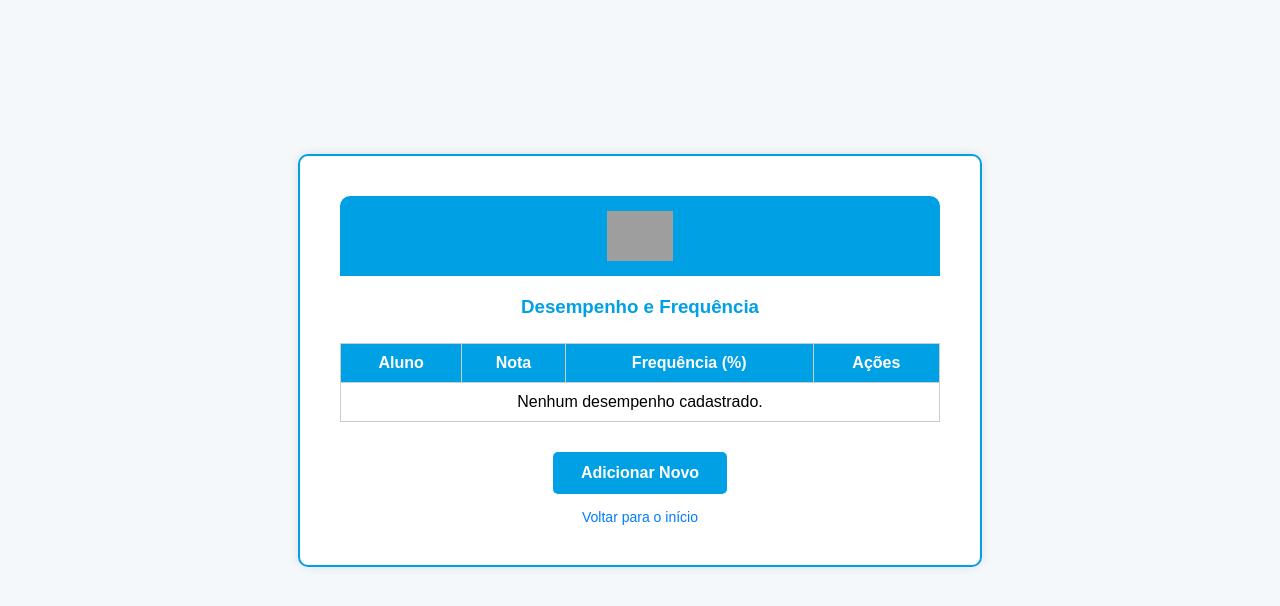
Repository: Guilherme-burle/Portal-do-Aluno-P2
Page: http://localhost/desempenho/
The author's editor kept a copy of each file at every save. The page is drawn from the files as they stood at one save, then again after a run of saves.
The browser window is 1280 px wide. The pictures show the whole page.
Pictures or frames that could not be fetched are drawn as grey boxes. The page is served by the project's application, run on Django 5.2 (PortaldoAluno/manage.py). A made-up administrator, testuser (Test User, test@example.com), is signed in. Other server files are loaded and not shown. Queries for data that is not in the repository find no rows.

Above is the page before, as saved 2025-05-19 17:30:59.

### PortaldoAluno/Aplicativo/templates/listD&F.html
<!DOCTYPE html>
<html lang="pt-br">
<head>
  <meta charset="UTF-8" />
  <title>Visualizar Desempenho e Frequência</title>
  <style>
    body {
      font-family: Arial, sans-serif;
      background-color: #f5f8fa;
      margin: 0;
      padding: 0;
      display: flex;
      justify-content: center;
      align-items: center;
      height: 100vh;
    }

    .container {
      background-color: white;
      padding: 40px;
      border-radius: 10px;
      border: 2px solid #00a0e4;
      box-shadow: 0 0 10px rgba(0,0,0,0.1);
      text-align: center;
      width: 600px;
      overflow-y: auto;
      max-height: 90vh;
    }

    .logo {
      background-color: #00a0e4;
      padding: 15px;
      border-radius: 10px 10px 0 0;
      display: flex;
      align-items: center;
      justify-content: center;
    }

    .logo img {
      height: 50px;
    }

    h3 {
      color: #00a0e4;
      margin-top: 20px;
      margin-bottom: 25px;
    }

    table {
      width: 100%;
      border-collapse: collapse;
      margin-bottom: 20px;
    }

    th, td {
      border: 1px solid #ccc;
      padding: 10px;
      text-align: center;
    }

    th {
      background-color: #00a0e4;
      color: white;
    }

    .btn {
      background-color: #00a0e4;
      color: white;
      border: none;
      padding: 12px;
      width: 150px;
      border-radius: 5px;
      cursor: pointer;
      font-weight: bold;
      margin-top: 10px;
      text-decoration: none;
      display: inline-block;
    }

    .btn:hover {
      background-color: #007bbd;
    }

    .voltar {
      margin-top: 15px;
      font-size: 14px;
    }

    .voltar a {
      color: #007bff;
      text-decoration: none;
    }

    .voltar a:hover {
      text-decoration: underline;
    }
  </style>
</head>
<body>
  <div class="container">
    <div class="logo">
      <img src="https://i.imgur.com/7H8lMIL.png" alt="Logo Instituto Solidare" />
    </div>

    <h3>Desempenho e Frequência</h3>

    <table>
      <thead>
        <tr>
          <th>Aluno</th>
          <th>Nota</th>
          <th>Frequência (%)</th>
          <th>Ações</th>
        </tr>
      </thead>
      <tbody>
        {% for desempenho in desempenhos %}
        <tr>
          <td>{{ desempenho.nome_aluno }}</td>
          <td>{{ desempenho.nota }}</td>
          <td>{{ desempenho.frequencia }}</td>
          <td><a class="btn" href="{% url 'desempenho_editar' desempenho.id %}">Editar</a></td>
        </tr>
        {% empty %}
        <tr>
          <td colspan="4">Nenhum desempenho cadastrado.</td>
        </tr>
        {% endfor %}
      </tbody>
    </table>

    <a href="/desempenho/adicionar" class="btn">Adicionar Novo</a>

    <div class="voltar">
      <a href="/">Voltar para o início</a>
    </div>
  </div>
</body>
</html>

### PortaldoAluno/Aplicativo/decorators.py
from django.shortcuts import redirect

def login_required(view_func):
    def wrapper(request, *args, **kwargs):
        if not request.user.is_authenticated:
            return redirect('login')
        return view_func(request, *args, **kwargs)
    return wrapper

### PortaldoAluno/Aplicativo/views.py
from django.contrib.auth import logout
from django.contrib.auth.models import User
from django.shortcuts import render, redirect, get_object_or_404
from django.contrib.auth import authenticate, login as auth_login
from .models import Aluno, Avaliacao, EventoCalendario, DesempenhoFrequencia
from django.contrib import messages
from django.urls import reverse
from .decorators import login_required
from django.contrib.auth.hashers import make_password
from datetime import date


@login_required
def home(request):
    return render(request, 'home.html')

@login_required
def home_adm(request):
    alunos = Aluno.objects.all()
    return render(request, 'homeadm.html', {'alunos': alunos})

def cadastro(request):
    if request.method == 'POST':
        nome = request.POST.get('nome')
        email = request.POST.get('email')
        senha = request.POST.get('senha')
        is_admin = request.POST.get('is_admin') == 'on'

        print(f"Nome: {nome}")
        print(f"E-mail: {email}")
        print(f"Senha: {senha}")
        print(f"Administrador: {is_admin}")

        if User.objects.filter(email=email).exists():
            return render(request, 'cadastro.html', {'mensagem': 'E-mail já está em uso.'})

        try:
            user = User.objects.create_user(
                username=email,
                email=email,
                password=senha,
                first_name=nome,
                is_superuser=is_admin,
                is_staff=is_admin
            )
            user.save()

            print(f"Usuário {user.username} cadastrado com sucesso!")

            return redirect('login')

        except Exception as e:
            print(f"Erro ao criar o usuário: {e}")
            return render(request, 'cadastro.html', {
                'mensagem': 'Erro ao cadastrar o usuário. Tente novamente.',
                'tipo_mensagem': 'error'
            })

    return render(request, 'cadastro.html')

def login(request):
    if request.method == 'POST':
        username = request.POST.get('username')
        password = request.POST.get('password')

        print(f"Username: {username}, Password: {password}")
        user = authenticate(request, username=username, password=password)

        if user:
            print("Usuário autenticado!")
            auth_login(request, user)
            return redirect('homeadm') if user.is_staff else redirect('home')
        else:
            print("Dados inválidos")
            return render(request, 'login.html', {'erro': 'Dados inválidos'})

    return render(request, 'login.html')

@login_required
def logout_view(request):
    logout(request)
    return redirect('home')

@login_required
def add_aluno(request):
    if request.method == 'POST':
        nome = request.POST.get('nome')
        data_nascimento = request.POST.get('data_nascimento')
        escolaridade = request.POST.get('escolaridade')
        turno = request.POST.get('turno')
        escola = request.POST.get('escola')
        endereco = request.POST.get('endereco')
        bairro = request.POST.get('bairro')
        telefone = request.POST.get('telefone')
        curso = request.POST.get('curso')

        if not all([nome, data_nascimento, escolaridade, turno, escola, endereco, bairro, telefone, curso]):
            return render(request, 'add.html', {'erro': 'Todos os campos são obrigatórios'})

        aluno = Aluno.objects.create(
            nome=nome,
            data_nascimento=data_nascimento,
            escolaridade=escolaridade,
            turno=turno,
            escola=escola,
            endereco=endereco,
            bairro=bairro,
            telefone=telefone,
            curso=curso,
        )

        aluno.save()

        messages.success(request, 'Aluno cadastrado com sucesso!')
        return render(request, 'add.html')

    return render(request, 'add.html')

@login_required
def ver(request):
    alunos = Aluno.objects.all()

    return render(request, 'ver.html', {'alunos': alunos})

@login_required
def deletar_alunos(request, aluno_id):
    aluno = get_object_or_404(Aluno, id=aluno_id)
    aluno.delete()
    return redirect(request.META.get('HTTP_REFERER', 'ver'))

@login_required
def editar_alunos(request, aluno_id):
    aluno = get_object_or_404(Aluno, id=aluno_id)

    if request.method == 'POST':
        nome = request.POST.get('nome')
        data_nascimento = request.POST.get('data_nascimento')
        escolaridade = request.POST.get('escolaridade')
        turno = request.POST.get('turno')
        escola = request.POST.get('escola')
        endereco = request.POST.get('endereco')
        bairro = request.POST.get('bairro')
        telefone = request.POST.get('telefone')
        curso = request.POST.get('curso')

        alterado = (
            nome != aluno.nome or
            data_nascimento != str(aluno.data_nascimento) or
            escolaridade != aluno.escolaridade or
            turno != aluno.turno or
            escola != aluno.escola or
            endereco != aluno.endereco or
            bairro != aluno.bairro or
            telefone != aluno.telefone or
            curso != aluno.curso
        )

        if alterado:
            aluno.nome = nome
            aluno.data_nascimento = data_nascimento
            aluno.escolaridade = escolaridade
            aluno.turno = turno
            aluno.escola = escola
            aluno.endereco = endereco
            aluno.bairro = bairro
            aluno.telefone = telefone
            aluno.curso = curso
            aluno.save()
            messages.success(request, 'Informações atualizadas com sucesso!')
        else:
            messages.error(request, 'Você precisa alterar alguma informação.')

    return render(request, 'editar.html', {'aluno': aluno})

@login_required
def avaliar_solidare(request):
    if request.method == 'POST':
        pergunta_1 = request.POST.get('pergunta_1')
        pergunta_2 = request.POST.get('pergunta_2')
        pergunta_3 = request.POST.get('pergunta_3')
        sugestao = request.POST.get('sugestao', '')

        if not all([pergunta_1, pergunta_2, pergunta_3]):
            messages.error(request, 'Responda todos os campos.')
            return render(request, 'avaliacao.html')

        Avaliacao.objects.create(
            pergunta_1=pergunta_1,
            pergunta_2=pergunta_2,
            pergunta_3=pergunta_3,
            sugestao=sugestao
        )
        messages.success(request, 'Avaliação enviada com sucesso!')

    return render(request, 'avaliacao.html')

@login_required
def calendario(request):
    hoje = date.today()
    eventos = EventoCalendario.objects.filter(user=request.user).order_by('data')
    meses = ["Janeiro", "Fevereiro", "Março", "Abril", "Maio", "Junho", "Julho", "Agosto", "Setembro", "Outubro", "Novembro", "Dezembro"]
    dias_semana = ["Dom", "Seg", "Ter", "Qua", "Qui", "Sex", "Sab"]
    contexto = {
        'meses': meses,
        'dias_semana': dias_semana,
        'eventos': eventos,
        'ano_atual': hoje.year,
        'mes_atual': hoje.month - 1
    }
    return render(request, 'calendario.html', contexto)

@login_required
def add_eventos(request):
    data = request.GET.get('data')

    if request.method == 'POST':
        nome = request.POST.get('nome')
        horario = request.POST.get('horario')


        if nome and data:
            EventoCalendario.objects.create(nome=nome, data=data, horario=horario, user=request.user)
            messages.success(request, "Evento adicionado com sucesso!")
            return redirect('calendario')
        else:
            return render(request, 'add_eventos.html', {'erro': 'Dados incompletos.', 'data': data})

    if not data:
        return render(request, 'erro.html', {'mensagem': 'Data não informada.'})

    return render(request, 'add_eventos.html', {'data': data})

@login_required
def desempenho_create(request):
    if request.method == 'POST':
        aluno_id = request.POST.get('aluno')
        faltas = request.POST.get('faltas')
        desempenho = request.POST.get('desempenho')
        emoji = request.POST.get('emoji')
        comentario = request.POST.get('comentario_professor')

        aluno = get_object_or_404(Aluno, id=aluno_id)

        DesempenhoFrequencia.objects.create(
            aluno=aluno,
            faltas=faltas,
            desempenho=desempenho,
            emoji=emoji,
            comentario_professor=comentario
        )
        return redirect('listD&F')

    alunos = Aluno.objects.all()
    return render(request, 'addD&F.html', {'alunos': alunos})

@login_required
def desempenho_list(request):
    desempenhos = DesempenhoFrequencia.objects.select_related('aluno').all()
    return render(request, 'listD&F.html', {'desempenhos': desempenhos})

@login_required
def desempenho_edit(request, id):
    desempenho = get_object_or_404(DesempenhoFrequencia, id=id)

    if request.method == 'POST':
        desempenho.faltas = request.POST.get('faltas')
        desempenho.desempenho = request.POST.get('desempenho')
        desempenho.emoji = request.POST.get('emoji')
        desempenho.comentario_professor = request.POST.get('comentario_professor')
        desempenho.save()
        return redirect('listD&F')

    return render(request, 'editD&F.html', {'desempenho': desempenho})

@login_required
def desempenho_delete(request, id):
    desempenho = get_object_or_404(DesempenhoFrequencia, id=id)
    desempenho.delete()
    return redirect('listD&F')

### PortaldoAluno/projeto/urls.py
"""
URL configuration for portal project.

The `urlpatterns` list routes URLs to views. For more information please see:
    https://docs.djangoproject.com/en/5.2/topics/http/urls/
Examples:
Function views
    1. Add an import:  from my_app import views
    2. Add a URL to urlpatterns:  path('', views.home, name='home')
Class-based views
    1. Add an import:  from other_app.views import Home
    2. Add a URL to urlpatterns:  path('', Home.as_view(), name='home')
Including another URLconf
    1. Import the include() function: from django.urls import include, path
    2. Add a URL to urlpatterns:  path('blog/', include('blog.urls'))
"""
from django.contrib import admin
from django.urls import path, include

urlpatterns = [
    path('admin/', admin.site.urls),
    path('', include('Aplicativo.urls')),
]

### PortaldoAluno/Aplicativo/urls.py
from django.urls import path
from . import views

urlpatterns = [
    path('', views.home, name='home'),
    path('login/', views.login, name='login'),
    path('logout/', views.logout_view, name='logout'),
    path('cadastro/', views.cadastro, name='cadastro'),
    path('add/', views.add_aluno, name='add'),
    path('homeadm/', views.home_adm, name='homeadm'),
    path('ver/', views.ver, name='ver'),
    path('ver/<int:aluno_id>/deletar', views.deletar_alunos, name='deletar'),
    path('ver/<int:aluno_id>/editar', views.editar_alunos, name='editar'),
    path('avaliacao/', views.avaliar_solidare, name='avaliacao'),
    path('calendario/', views.calendario, name='calendario'),
    path('add_eventos/', views.add_eventos, name='add_eventos'),
    path('desempenho/adicionar/', views.desempenho_create, name='desempenho_create'),
    path('desempenho/', views.desempenho_list, name='desempenho_list'),
    path('desempenho/editar/<int:id>/', views.desempenho_edit, name='desempenho_edit'),
    path('desempenho/excluir/<int:id>/', views.desempenho_delete, name='desempenho_delete'),
]

After the next 2 saves:
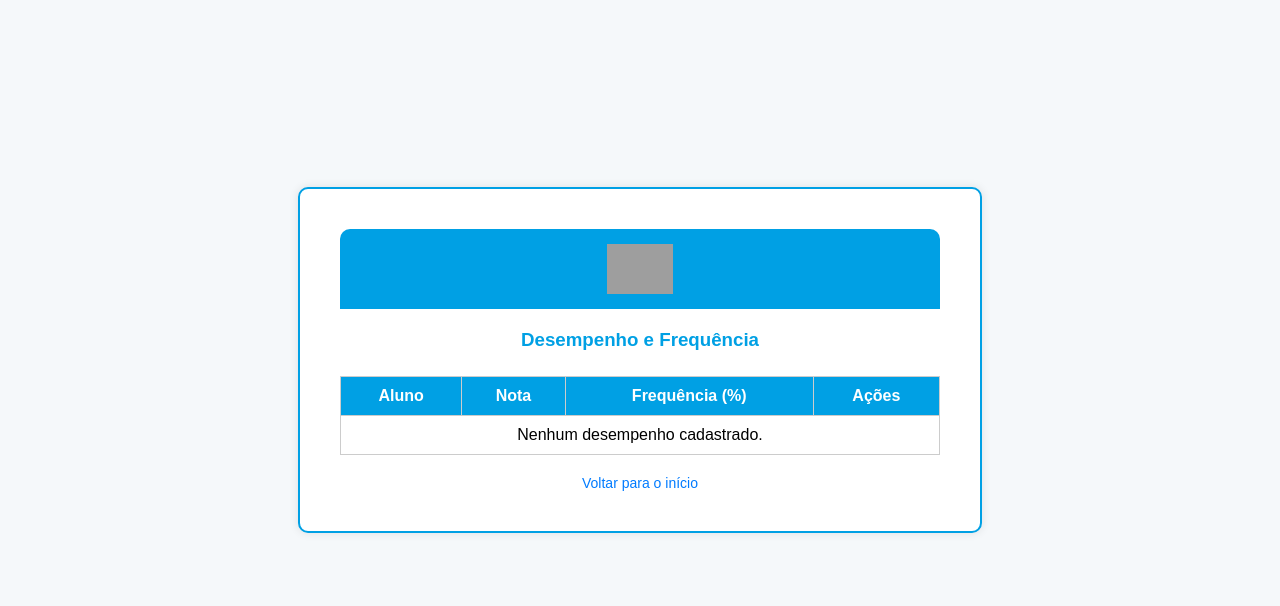
The 2 saves are shown as one change because they came seconds apart.
The last was saved 17 s later.
--- a/PortaldoAluno/Aplicativo/templates/listD&F.html
+++ b/PortaldoAluno/Aplicativo/templates/listD&F.html
@@ -129,7 +129,7 @@
       </tbody>
     </table>
 
-    <a href="/desempenho/adicionar" class="btn">Adicionar Novo</a>
+    <a</a>
 
     <div class="voltar">
       <a href="/">Voltar para o início</a>

After the save that followed:
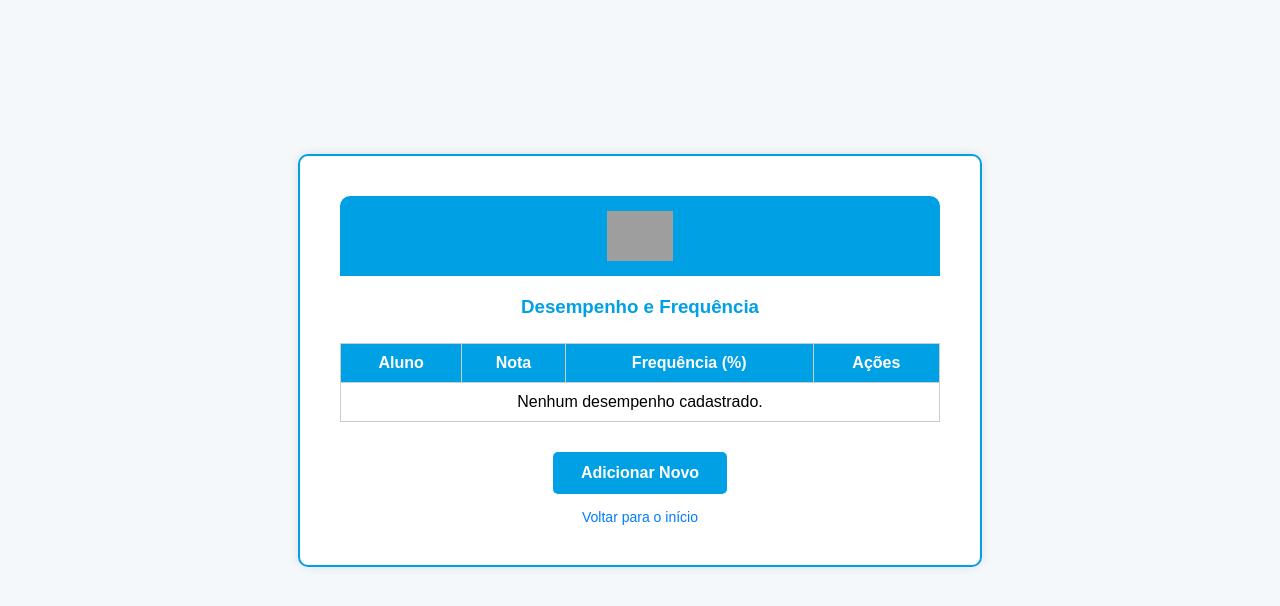
Saved 5 s later.
--- a/PortaldoAluno/Aplicativo/templates/listD&F.html
+++ b/PortaldoAluno/Aplicativo/templates/listD&F.html
@@ -129,7 +129,7 @@
       </tbody>
     </table>
 
-    <a</a>
+    <a href="/desempenho/adicionar" class="btn">Adicionar Novo</a>
 
     <div class="voltar">
       <a href="/">Voltar para o início</a>
